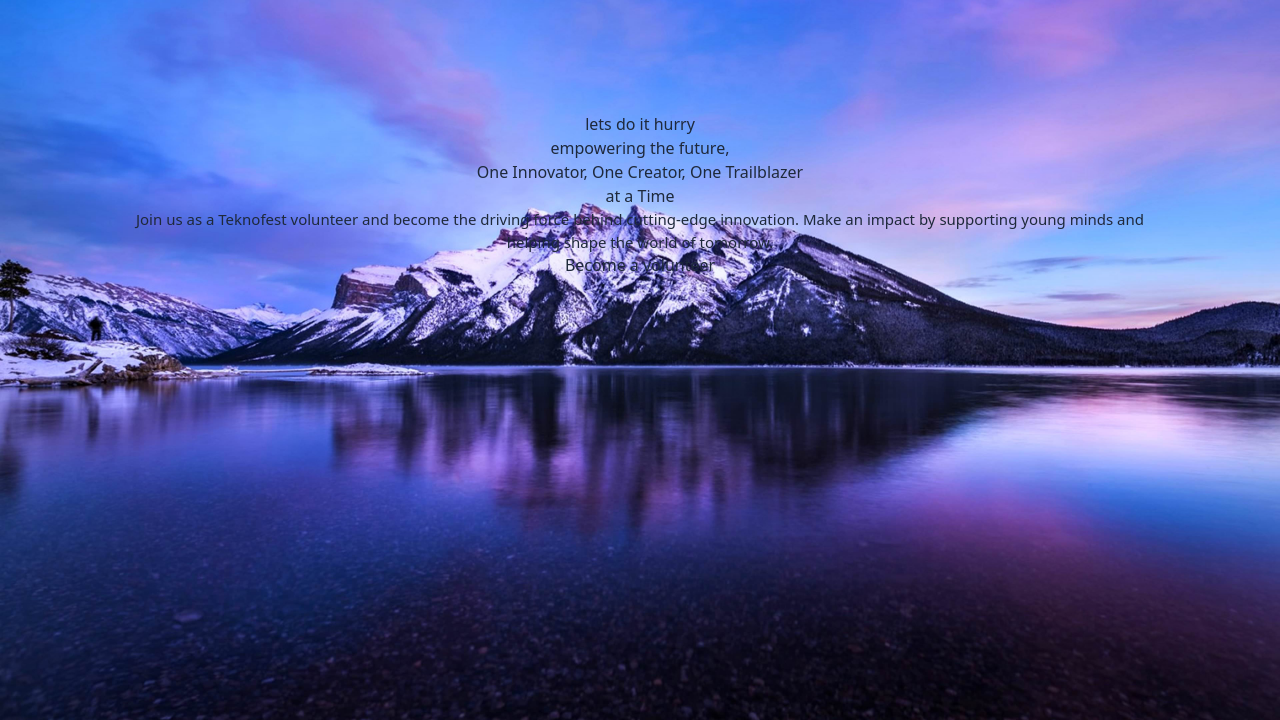
Repository: ManaheelJamil/TechnoFest-competetion
Page: /
These files come from the project's save history. The page is drawn as it stood at one moment and after a run of saves; the edit follows.
The browser window is 1280 px wide. The pictures show the whole page.
The project was rebuilt for these pictures with package versions that can differ from the ones it lists, and the page was loaded fresh each time. The framework's server and built-in components were replaced by stand-ins that run in the browser. Also part of the build but not shown: next.config.mjs.

Above is the page before, as saved 2024-10-13 13:18:10.

### app/layout.js
import localFont from "next/font/local";
import "./globals.css";
const geistSans = localFont({
  src: "./fonts/GeistVF.woff",
  variable: "--font-geist-sans",
  weight: "100 900",
});
const geistMono = localFont({
  src: "./fonts/GeistMonoVF.woff",
  variable: "--font-geist-mono",
  weight: "100 900",
});

export const metadata = {
  title: "Create Next App",
  description: "Generated by create next app",
};

export default function RootLayout({ children }) {
  return (
    <html lang="en">
      <body
        className={`${geistSans.variable} ${geistMono.variable} antialiased`}
      >

        {children}

      </body>
    </html>
  );
}

### app/page.js
import Irtizatask from "./compoenent/irtizatask";
export default function Home() {
  return (
    <div>
      <Irtizatask/>
    </div>
  );
}

### app/globals.css
@tailwind base;
@tailwind components;
@tailwind utilities;
.banner{
    background-image: url('/taskimage.jpg');
    background-position: center;
    background-size: cover;
    background-repeat: no-repeat;
    width: 100%;
    height: 100vh;
}

### app/compoenent/irtizatask.js
import React from 'react'

const Irtizatask = () => {
  return (
    <div className='flex justify-center  w-full h-100vh banner' >

        <div className='flex flex-col justify-items-center text-slate-800 text-center items-center m-28'  >
        <p className='font-'>
            lets do it hurry
        </p>
        <p>
            empowering the future,
            <p>
            One Innovator, One Creator, One Trailblazer
            </p>
            at a Time
        </p>

            <p className='text-[15px]'>
            Join us as a Teknofest volunteer and become the driving force behind cutting-edge innovation. Make an impact by supporting young minds and helping shape the world of tomorrow.
            </p>
            <button>
                Become a volunteer
            </button>
            </div>

    </div>
  )
}

export default Irtizatask

Loaded but not shown: tailwind.config.js (common file)

After the next 8 saves:
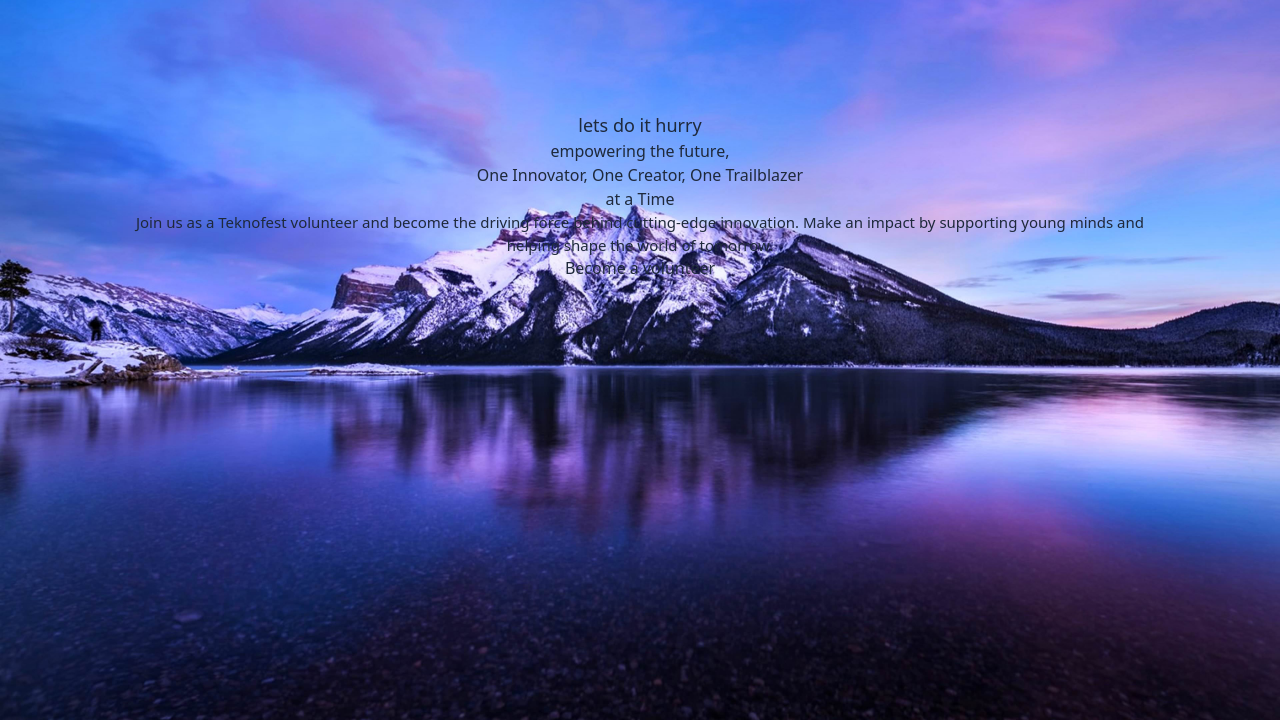
The 8 saves are shown as one change because they came seconds apart.
The last was saved 19 s later.
--- a/app/compoenent/irtizatask.js
+++ b/app/compoenent/irtizatask.js
@@ -5,7 +5,7 @@ const Irtizatask = () => {
     <div className='flex justify-center  w-full h-100vh banner' >
 
         <div className='flex flex-col justify-items-center text-slate-800 text-center items-center m-28'  >
-        <p className='font-'>
+        <p className='text-[18px]'>
             lets do it hurry
         </p>
         <p>
